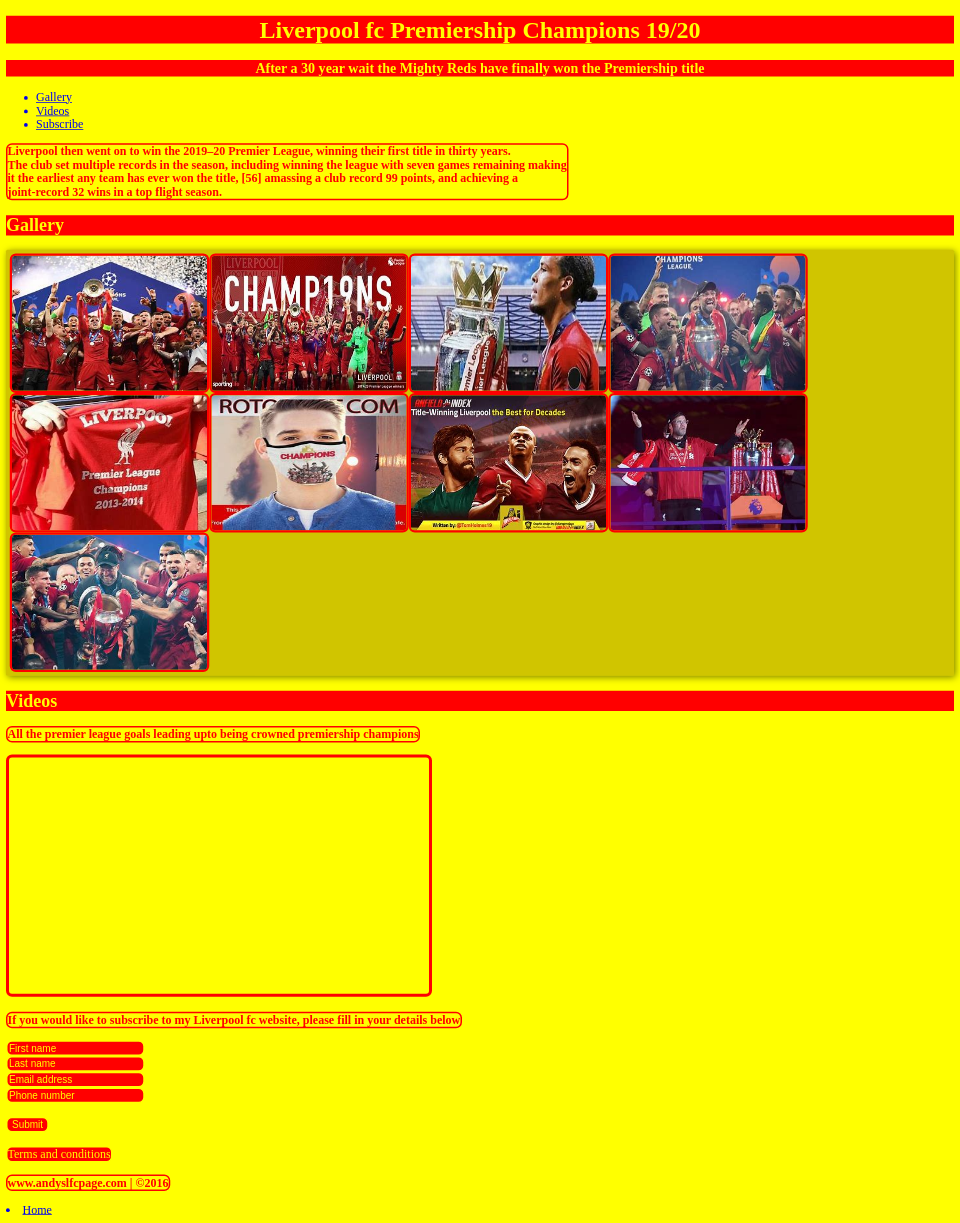
Repository: andyd71/HTML_and_CSS
Page: one_page_website/One_Page_Website.html
The author's editor kept a copy of each file at every save. The page is drawn from the files as they stood at one save, then again after the next save.
The browser window is 1280 px wide. The pictures show the whole page, at 75% of full size.
Pictures or frames that could not be fetched are drawn as grey boxes.

Above is the page before, as saved 2020-10-09 13:42:09.

### one_page_website/One_Page_Website.html
<!DOCTYPE html>
<html lang="en">
<head>
<meta charset="utf-8">
<title>My LFC webpage</title>
<link rel = "stylesheet" type = "text/CSS" href = "./css/One_Page_Website.css">
</head>
<body>
<div id="home">
<header>
<h1>Liverpool fc Premiership Champions 19/20 </h1>
<h3>After a 30 year wait the Mighty Reds have finally won the Premiership title</h3>
</header>
<!--NAV-->

</div>
<div>
<ul>
<a href="#gallery"><li>Gallery</li>
<a href="#videos"><li>Videos</li>
<a href="#subscription"><li>Subscribe</li></a>
</ul>
</div>
<!--END NAV-->
<!--HOME-->
<div id="home">
<p>Liverpool then went on to win the 2019–20 Premier League, winning their first title in thirty years.<br>
 The club set multiple records in the season, including winning the league with seven games remaining making<br>
 it the earliest any team has ever won the title, [56] amassing a club record 99 points, and achieving a <br>
 joint-record 32 wins in a top flight season.</p>
 </div>
 <!--END HOME-->
 <!--GALLERY-->
 <h2>Gallery</h2>
 <div id="gallery">
    <div id="flex-container">

 <img src="./images/lfc1.jpeg" alt="lfc celebrations"></img><br>
 <img src="./images/lfc2.jpeg" alt="lfc celebrations2"></img><br>
 <img src="./images/lfc3.jpeg" alt="van dyk and trophy"></img><br>
 <img src="./images/lfc4.jpeg" alt="jurgen klopp"></img><br>
 <img src="./images/lfc5.jpeg" alt="lfc t shirt"></img><br>
 <img src="./images/lfc6.jpeg" alt="lfc face mask"></img><br>
 <img src="./images/lfc7.jpeg" alt="lfc trio"></img><br>
 <img src="./images/lfc8.jpeg" alt="jurgen klopp 2"></img><br>
 <img src="./images/lfc9.jpeg" alt="jurgen klopp 3"></img><br>
</div>
</div>
 <!--END GALLERY-->
 <!--VIDEO-->
 <div id="videos">
 <h2>Videos</h2>
 <p>All the premier league goals leading upto being crowned premiership champions</p>
 <iframe width="560" height="315" src="https://www.bing.com/videos/search?q=lfc+premier+league+champions&&view=detail&mid=1A960A4E3B330AA705841A960A4E3B330AA70584&&FORM=VRDGAR&ru=%2Fvideos%2Fsearch%3Fq%3Dlfc%2Bpremier%2Bleague%2Bchampions%26qs%3DAS%26form%3DQBVLPG%26sp%3D1%26pq%3Dlfc%2Bpremier%26sc%3D8-11%26cvid%3DD1CF79B54EFC4960A0E7F0BA9E0FD3FC" frameborder="0" allow="accelerometer; encrypted-media; gyroscope; picture-in-picture" allowfullscreen></iframe>
 </div>
<!--END VIDEO-->
<!--SUBSCRIPTION-->
<div id="subscription">
<p>If you would like to subscribe to my Liverpool fc website, please fill in your details below</p>

<form action="" method="post">
<input class="subscription" type="text" value="First name"><br>
<input class="subscription" type="text" value="Last name"><br>
<input class="subscription" type="text" value="Email address"><br>
<input class="subscription" type="text" value="Phone number"><br><br>
<input type="submit" value="Submit"><br><br>
<div id= "terms">
<label class="terms">Terms and conditions</label><br>
</div>
</form>
</div>
<!--END SUBSCRIPTION-->

<!--FOOTER-->
<footer>
<div>
<p>www.andyslfcpage.com&nbsp;|&nbsp;&copy;2016</p>


</div>
<a href="#home" id="link"><li>Home</li>
</footer>
<!--END FOOTER-->

### one_page_website/css/One_page_website.css

body {
	background-color:yellow;
}



h1 {

	color : yellow;
	text-align : center;
	font-weight : bold;
	background : red;
}
h3 {
	color : yellow;
	text-align : center;
	background : red;
}
h2 {
	color : yellow;
	background : red;
}



p  {
	color : red;
	background: yellow;
	border: 2px solid red;
	border-radius: 8px;
	font-size: 16px;
	font-weight: 900;
	width: fit-content;
}

 input {
	border: 2px solid yellow;
	background-color: red;
	color: yellow;
	border-radius: 8px;
}

#terms {
	border: 2px solid yellow;
	background-color: red;
	color: yellow;
	border-radius: 8px;
	width: fit-content;
}

iframe {
	border: 4px solid red;
	border-radius: 8px;
}





#flex-container {
	display: -webkit-flex;
    display: flex;
    flex-wrap: wrap;
    padding: 5px;
    border-radius: 2px;
	margin: 0px auto;
	background-color: rgba(100, 65, 0, .3);
    box-shadow: 2px 2px 10px 0 rgba(0, 0, 0, 0.5);
}

#flex-container img {
	border: 3px solid red;
	width: 260px;
	height: 180px;
	border-radius: 8px;
}

After the next save:
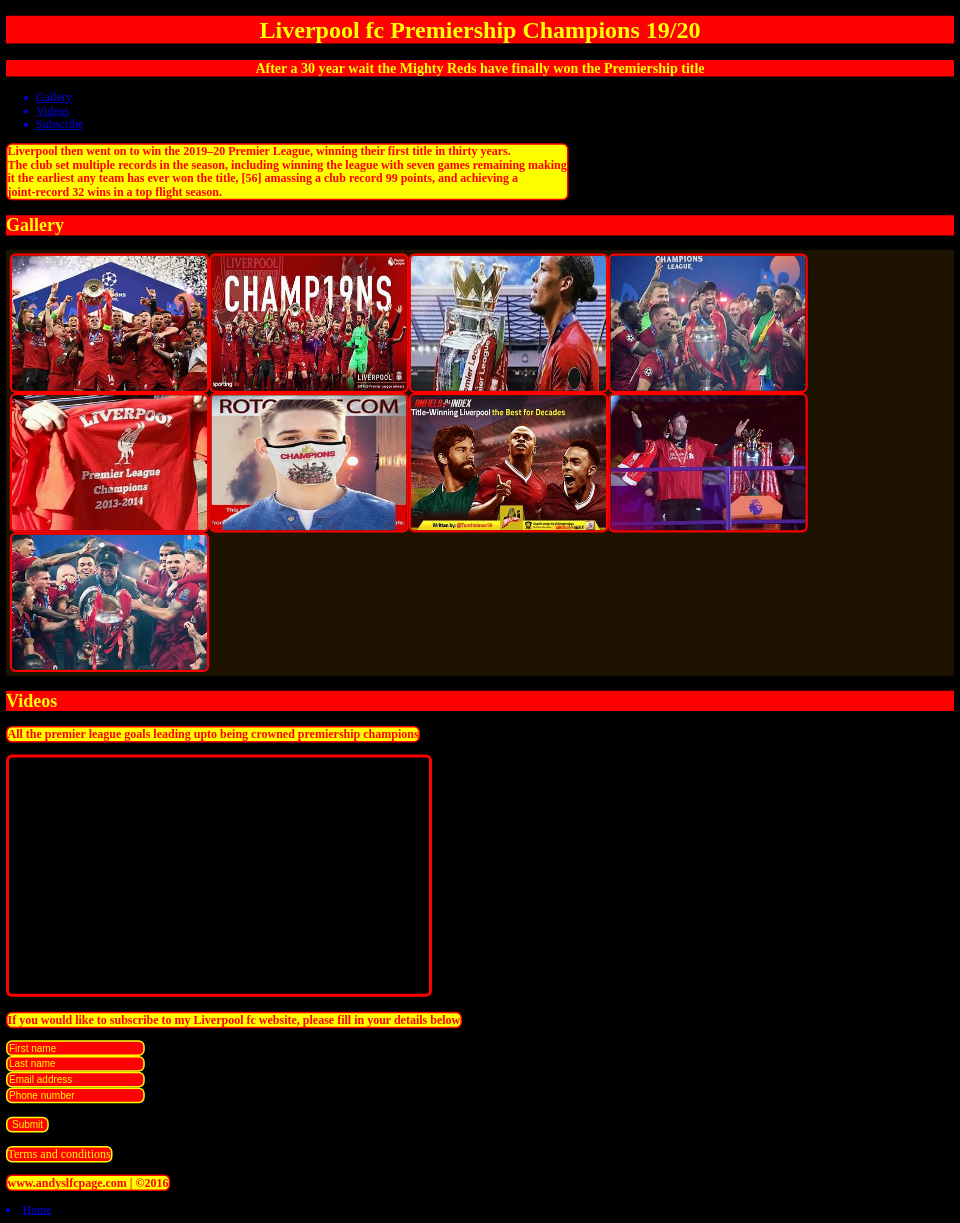
Saved 28 s later.
--- a/one_page_website/css/One_page_website.css
+++ b/one_page_website/css/One_page_website.css
@@ -1,6 +1,6 @@
 
 body {
-	background-color:yellow;
+	background-color: black;
 }
 
 
